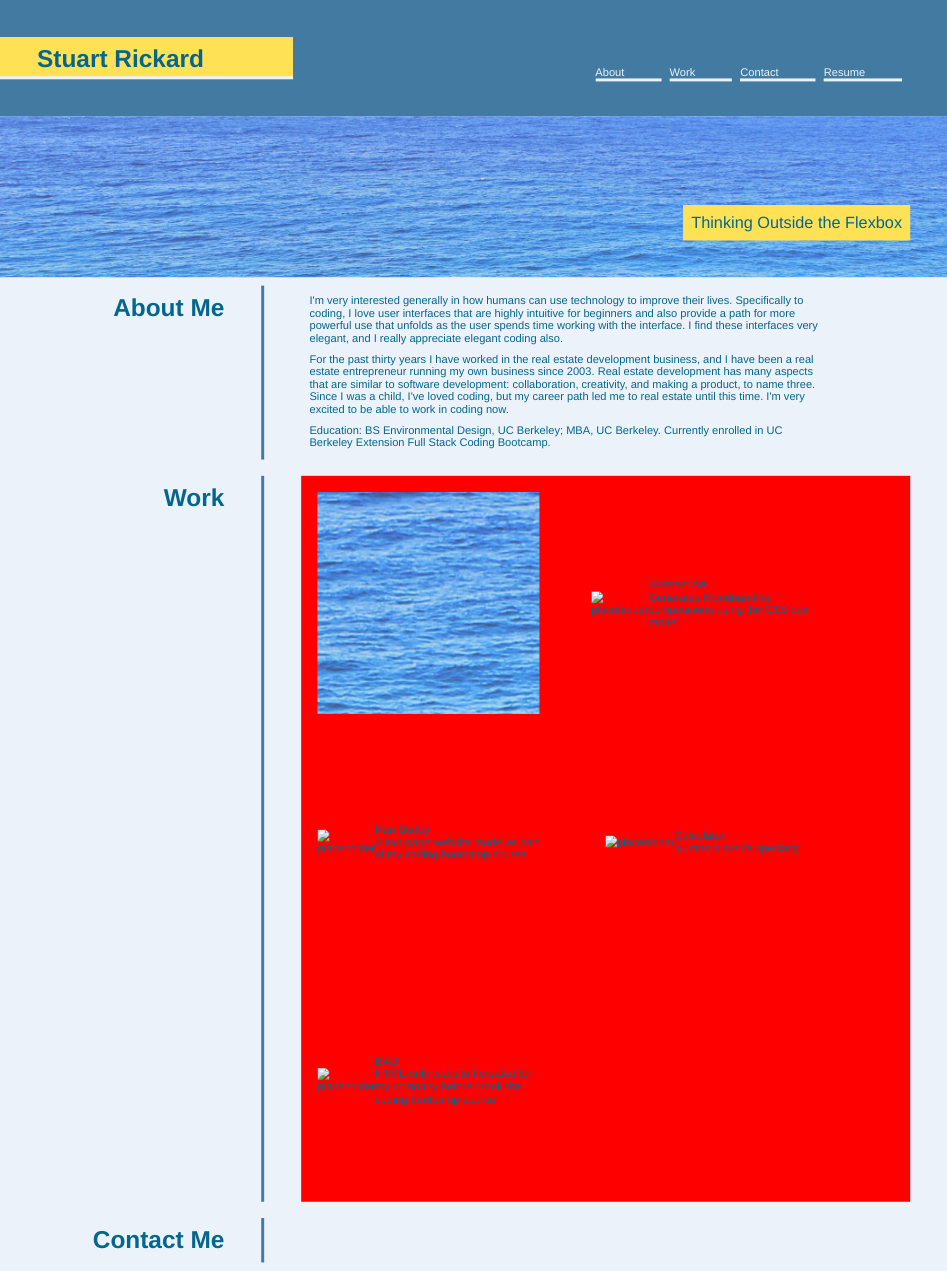
Repository: stuart-rickard/srport
Page: index.html
The author's editor kept a copy of each file at every save. The page is drawn from the files as they stood at one save, then again after the next save.
The browser window is 1280 px wide. The pictures show the whole page, at 74% of full size.
Backgrounds fixed to the window are drawn as part of the page.

Above is the page before, as saved 2021-11-12 16:50:23.

After the next save:
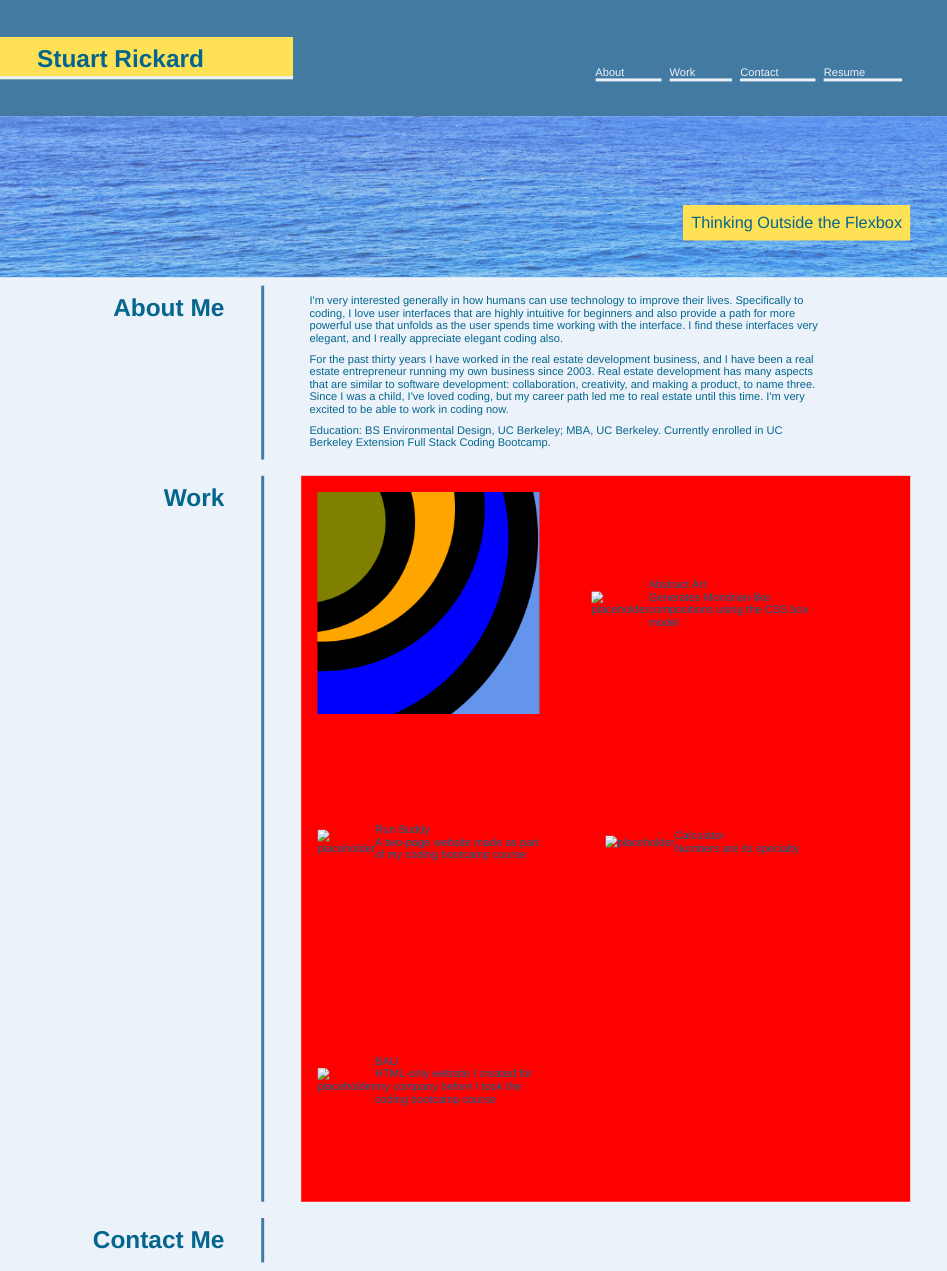
Saved 3 min 30 s later.
--- a/index.html
+++ b/index.html
@@ -41,7 +41,7 @@
           <!-- Add alt text for all cards -->
           <article class=work-card>
             <a href="https://stuart-rickard.github.io/sandbox/circles/">
-              <img id=circles src="assets/images/waves.jpg" alt="placeholder">
+              <img id=circles src="assets/images/circles.png" alt="placeholder">
               <div>circles
                 <p>Uses the CSS box model to rotate concentric circles within one another</p>
               </div>
